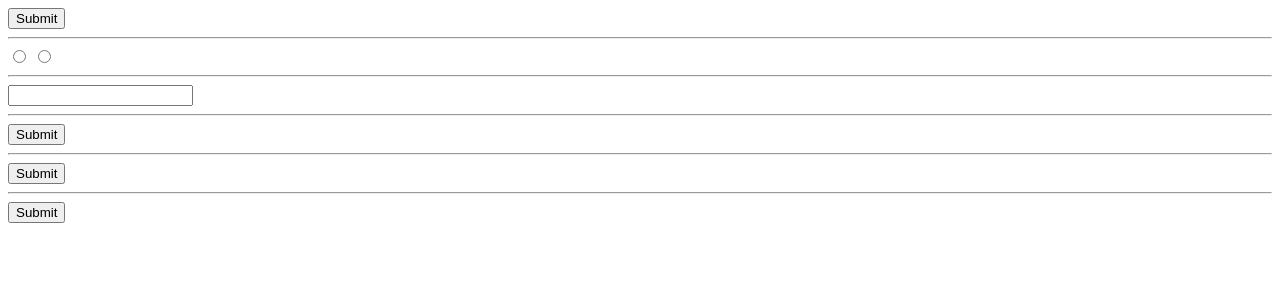
Repository: Lixianlai-2/html-demo-1
Page: input.html
These files come from the project's save history. The page is drawn as it stood at one moment and after the next save; the edit follows.
The browser window is 1280 px wide. The pictures show the whole page.

Above is the page before, as saved 2021-11-27 22:57:20.

### input.html
<!DOCTYPE html>
<html lang="en">
  <head>
    <meta charset="UTF-8" />
    <meta http-equiv="X-UA-Compatible" content="IE=edge" />
    <meta name="viewport" content="width=device-width, initial-scale=1.0" />
    <title>Document</title>
  </head>
  <body>
    <form action="">
      <input type="submit" />
      <hr />
      <input type="radio" value="美女" name="选择" />
      <input type="radio" value="美食" name="选择" />
      <hr />
      <input type="text" required />
      <hr />
      <input type="submit" />
      <hr />
      <input type="submit" />
      <hr />
      <input type="submit" />
    </form>
  </body>
</html>

After the next save:
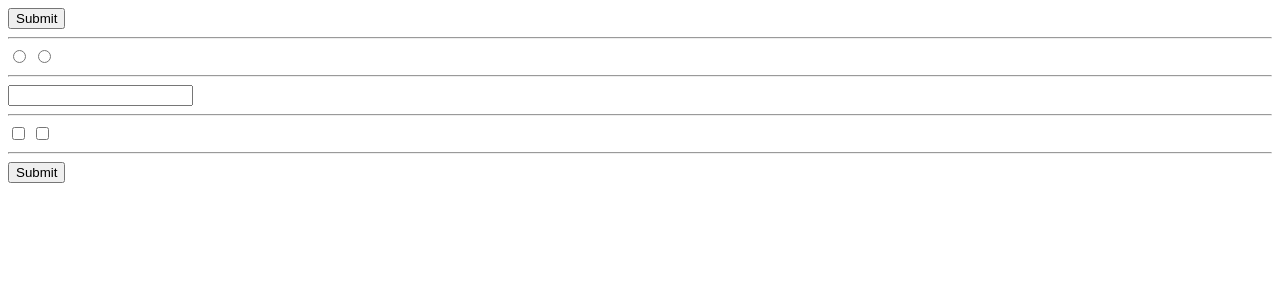
Saved 30 s later.
--- a/input.html
+++ b/input.html
@@ -15,9 +15,9 @@
       <hr />
       <input type="text" required />
       <hr />
-      <input type="submit" />
-      <hr />
-      <input type="submit" />
+      <input type="checkbox" name="cb" />
+
+      <input type="checkbox" name="cb" />
       <hr />
       <input type="submit" />
     </form>
